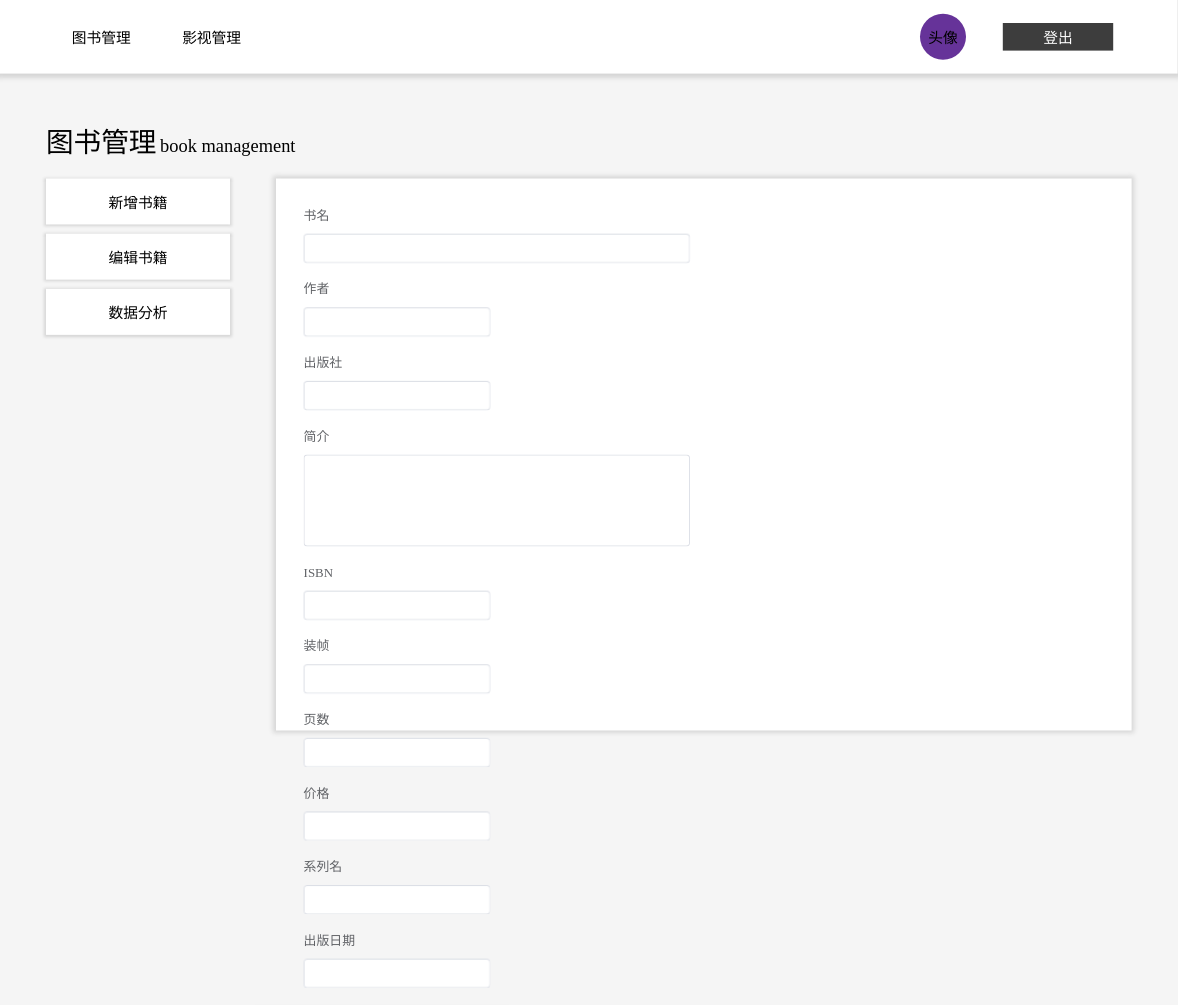
Repository: quanwangniuniu/Oasis-Reading-Platform
Page: /#/admin/books (app in Vue-frontend/)
The author's editor kept a copy of each file at every save. The page is drawn from the files as they stood at one save, then again after the next save.
The browser window is 1280 px wide. The pictures show the whole page, at 92% of full size.
The first visible `.el-input__inner` has the focus.
Some web fonts or font styles are not loaded; a fallback is used. The project was rebuilt for these pictures with package versions that can differ from the ones it lists, and the page was loaded fresh each time. Also part of the build but not shown: Vue-frontend/vite.config.js, Vue-frontend/src/components/Test.vue, Vue-frontend/src/components/user/books/BookCard.vue, Vue-frontend/src/components/axios/config.js, Vue-frontend/src/components/axios/api.js, Vue-frontend/src/components/user/books/Books.vue, Vue-frontend/src/components/user/movies/Favourites.vue, Vue-frontend/src/components/user/explore/Explore.vue and 10 more.

Above is the page before, as saved 2023-04-13 16:37:44.

After the next save:
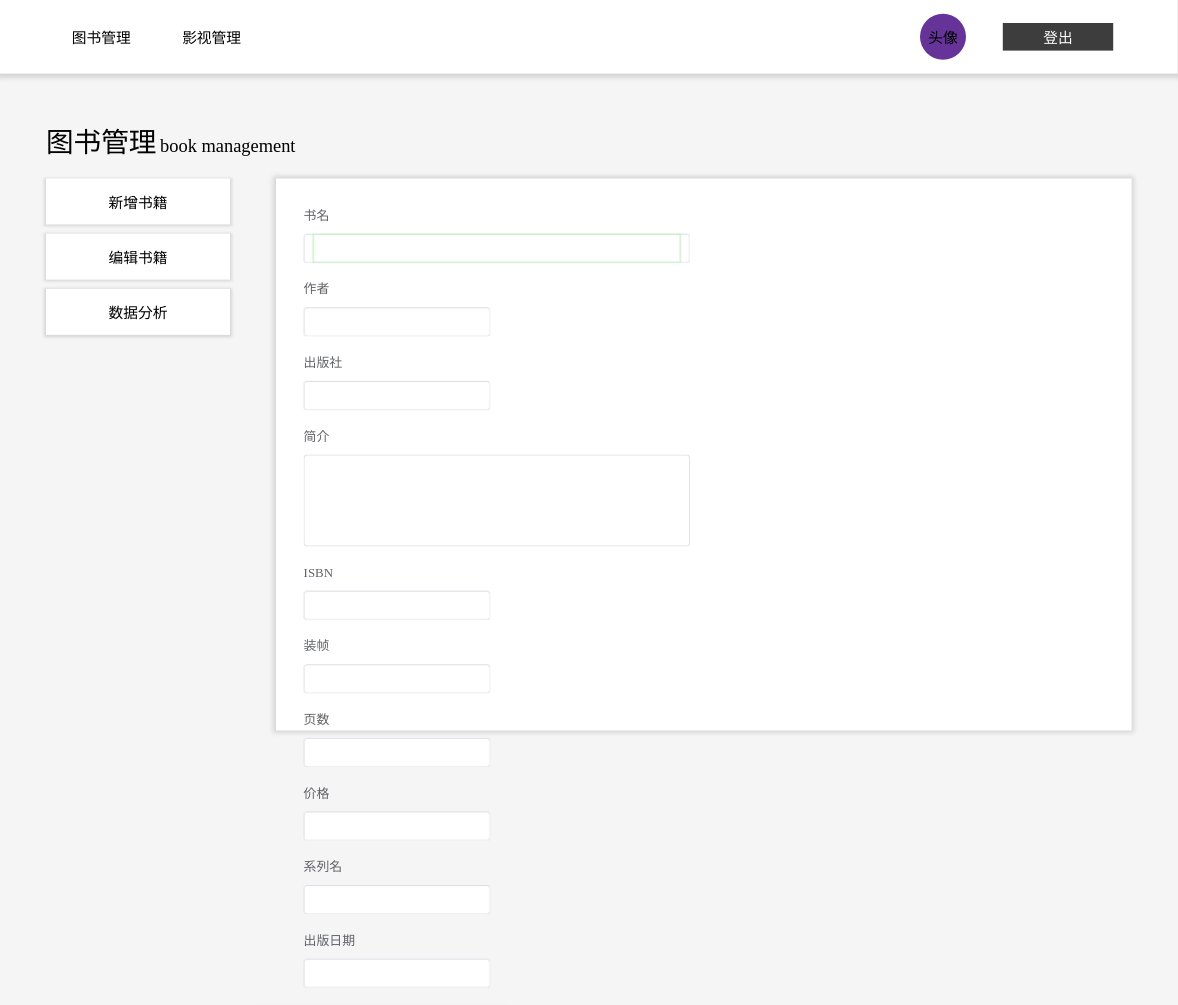
Saved 39 s later.
--- a/Vue-frontend/src/assets/css/element.css
+++ b/Vue-frontend/src/assets/css/element.css
@@ -4,5 +4,5 @@
 }
 
 .el-input__inner:focus{
-    outline: #663399;
+    outline: 1px solid #AFECAB;
 }

After the save that followed:
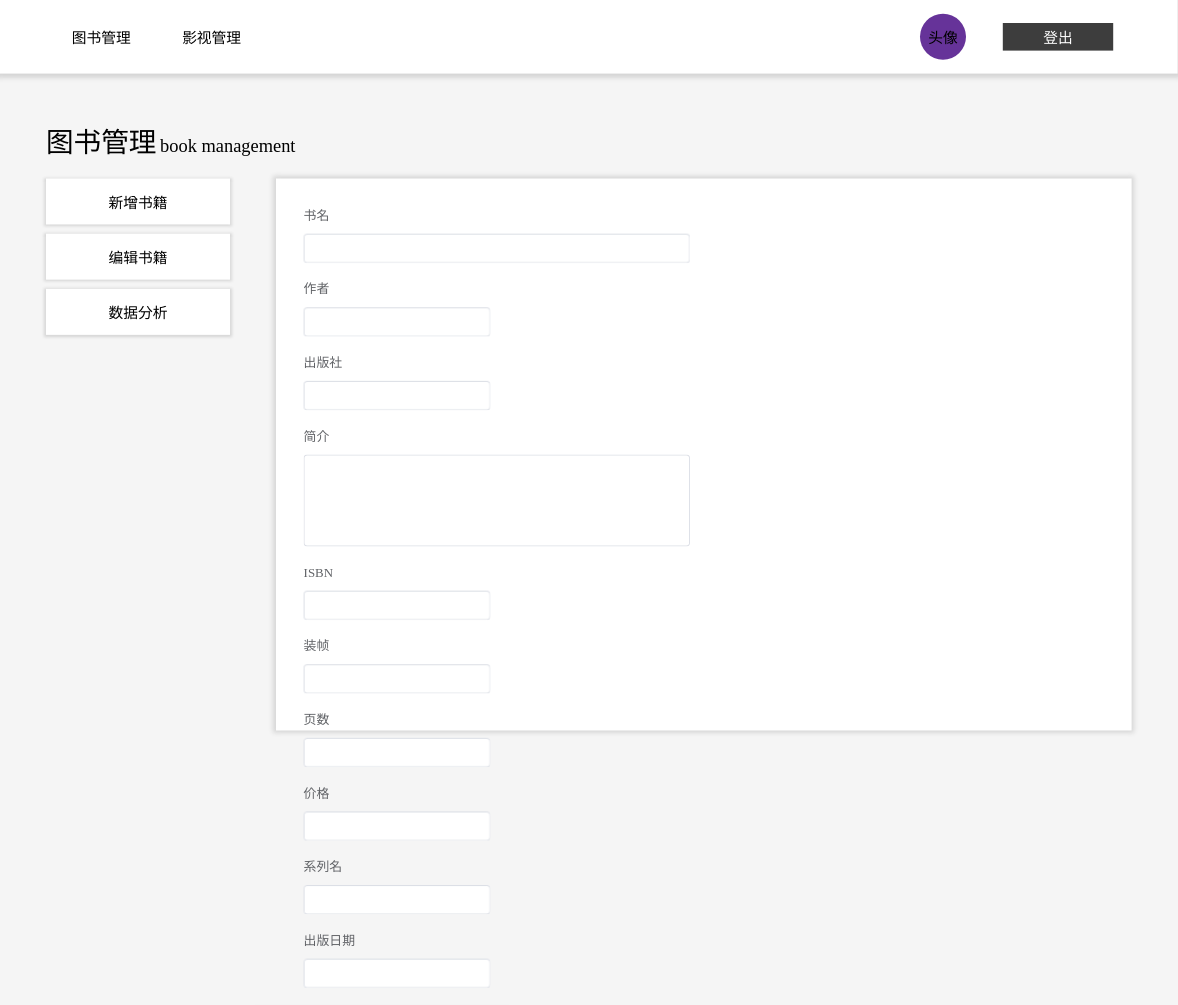
Saved 37 s later.
--- a/Vue-frontend/src/assets/css/element.css
+++ b/Vue-frontend/src/assets/css/element.css
@@ -3,6 +3,7 @@
     height: 100px;
 }
 
-.el-input__inner:focus{
+.el-input:focus{
     outline: 1px solid #AFECAB;
+    border: 1px solid red;
 }
